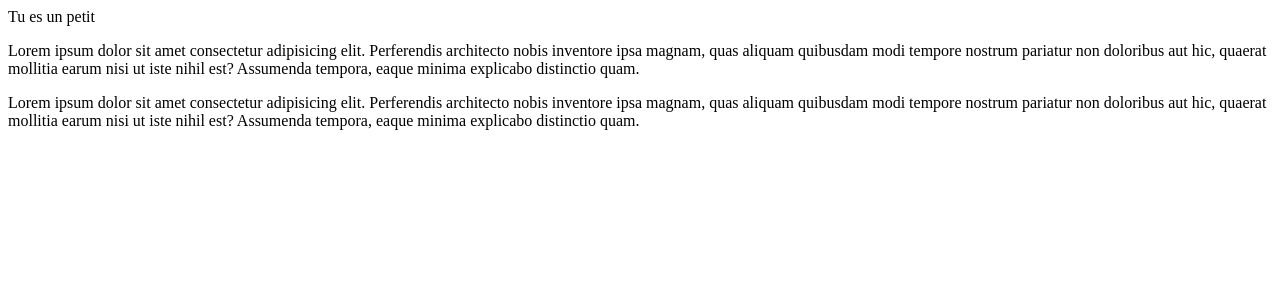
Repository: 2boubacar10/blog_lior_chamla
Page: templates/blog/home.html.twig
These files come from the project's save history. The page is drawn as it stood at one moment and after the next save; the edit follows.
The browser window is 1280 px wide. The pictures show the whole page.
The page is a Twig template of a Symfony application; nobody is signed in and links lead nowhere. The template is opened directly, without the code that normally fills it, so the values that code supplies are empty.

Above is the page before, as saved 2021-06-26 15:02:09.

After the next save:
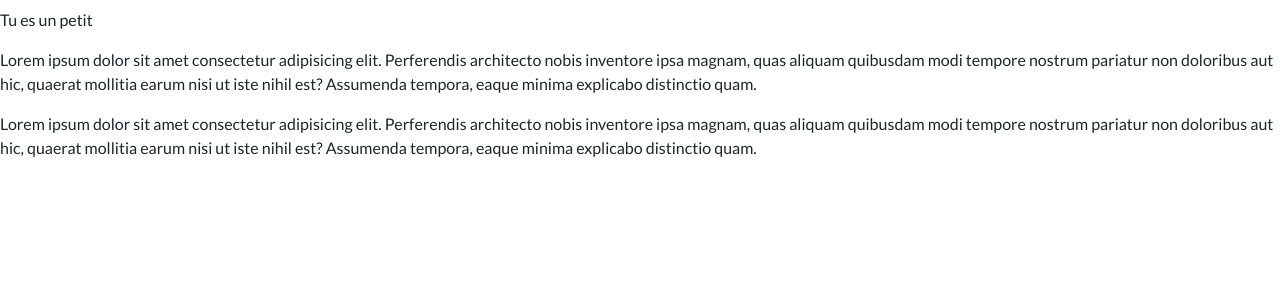
Saved 92 s later.
--- a/templates/blog/home.html.twig
+++ b/templates/blog/home.html.twig
@@ -1,12 +1,24 @@
+{% extends 'base.html.twig' %}
+
+{% block title %}Home!
+{% endblock %}
+
+{% block body %}
+
 <h1>{{ title }}</h1>
 
 {% if age > 18 %}
-<p> Tu es vieux maintenant</p>
+	<p>
+		Tu es vieux maintenant</p>
 {% else %}
-<p> Tu es un petit</p>
+	<p>
+		Tu es un petit</p>
 {% endif %}
 
 <p>Lorem ipsum dolor sit amet consectetur adipisicing elit. Perferendis architecto nobis inventore ipsa magnam, quas aliquam quibusdam modi tempore nostrum pariatur non doloribus aut hic, quaerat mollitia earum nisi ut iste nihil est? Assumenda tempora, eaque minima explicabo distinctio quam.</p>
 
 
 <p>Lorem ipsum dolor sit amet consectetur adipisicing elit. Perferendis architecto nobis inventore ipsa magnam, quas aliquam quibusdam modi tempore nostrum pariatur non doloribus aut hic, quaerat mollitia earum nisi ut iste nihil est? Assumenda tempora, eaque minima explicabo distinctio quam.</p>
+
+
+{% endblock %}
